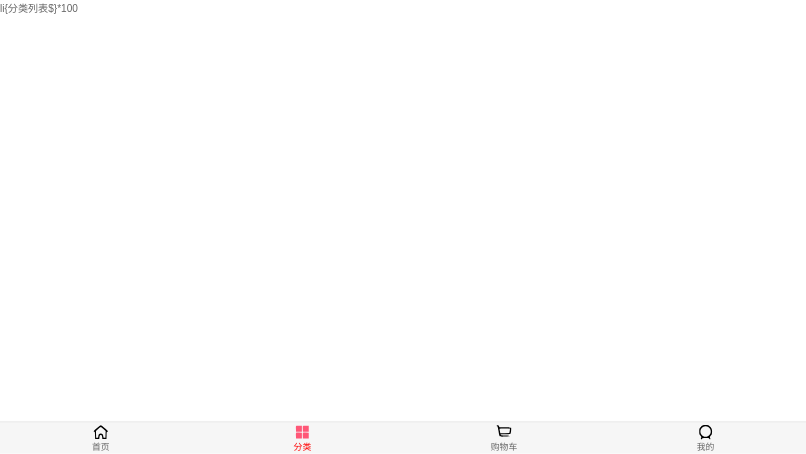
Repository: pumbaaWen/testmall
Page: /category
An editor plug-in stored every save of this project. The page is shown before and after the next save, followed by the edit.
The browser window is 1280 px wide. The pictures show the whole page, at 63% of full size.
The project was rebuilt for these pictures with package versions that can differ from the ones it lists, and the page was loaded fresh each time.

Above is the page before, as saved 2021-10-27 11:03:30.

### public/index.html
<!DOCTYPE html>
<html lang="">
  <head>
    <meta charset="utf-8">
    <meta http-equiv="X-UA-Compatible" content="IE=edge">
    <meta name="viewport" content="width=device-width, initial-scale=1.0, maximum-scale=1.0, user-scalable=0" />
    <link rel="icon" href="<%= BASE_URL %>favicon.ico">
    <title><%= htmlWebpackPlugin.options.title %></title>
  </head>
  <body>
    <noscript>
      <strong>We're sorry but <%= htmlWebpackPlugin.options.title %> doesn't work properly without JavaScript enabled. Please enable it to continue.</strong>
    </noscript>
    <div id="app"></div>
    <!-- built files will be auto injected -->
  </body>
</html>

### src/assets/css/base.css
@import "./normalize.css";

/* :root -> 获取根元素html */
:root{
  --color-text: #666;
  --color-high-text: #ff5777;
  --color-tint: #ff8198;
  --color-background: #fff;
  --font-size: 14px;
  --line-height: 1.5;
}

*,
*::before,
*::after{
  margin: 0;
  padding: 0;
  box-sizing: border-box;
}

body{
  font-family: "Helvetica Neue",Helvetica,"PingFang SC","Hiragino Sans GB",
  "Microsoft YaHei","微软雅黑"，Arial,sans-serif;
  user-select: none; /* 禁止用户鼠标在页面上选中文字、图片等*/
  -webkit-tap-highlight-color: transparent;/*webkit是苹果浏览器引擎， tap点击， highlight背景高亮，
  color颜色，颜色用数值调节*/
  background: var(--color-background);
  color: var(--color-text);
  /* rem vw/vh */
  width: 100vw;
}

a {
  color:var(--color-text);
  text-decoration: none;
}

.clear-fix::after {
  clear: both;
  content: '';
  display: block;
  width: 0;
  height: 0;
  visibility: hidden;
}

.clear-fix {
  zoom: 1;
}

.left {
  float: left;
}

.right {
  float: right;
}

### src/components/content/mainTabBar/MainTabBar.vue
<template>
  <tab-bar>
    <tab-bar-item path="/home" activeColor="red">
      <img slot="item-icon" src="../../../assets/img/tabbar/home.svg">
      <img slot="item-icon-active" src="../../../assets/img/tabbar/home_active.svg">
      <div slot="item-text">首页</div>
    </tab-bar-item>
    <tab-bar-item path="/category" activeColor="red">
      <img slot="item-icon" src="../../../assets/img/tabbar/category.svg">
      <img slot="item-icon-active" src="../../../assets/img/tabbar/category_active.svg">
      <div slot="item-text">分类</div>
    </tab-bar-item>
    <tab-bar-item path="/cart" activeColor="red">
      <img slot="item-icon" src="../../../assets/img/tabbar/shopcart.svg">
      <img slot="item-icon-active" src="../../../assets/img/tabbar/shopcart_active.svg">
      <div slot="item-text">购物车</div>
    </tab-bar-item>
    <tab-bar-item path="/profile" activeColor="red">
      <img slot="item-icon" src="../../../assets/img/tabbar/profile.svg">
      <img slot="item-icon-active" src="../../../assets/img/tabbar/profile_active.svg">
      <div slot="item-text">我的</div>
    </tab-bar-item>
  </tab-bar>
</template>

<script>
import TabBar from '../../common/tabbar/TabBar'
import TabBarItem from '../../common/tabbar/TabBarItem.vue'
export default {
  name: 'MainTabBar',
//部件
  components: {
    TabBar,
    TabBarItem
  },
//静态
  props: {

  },
//对象内部的属性监听，也叫深度监听
  watch: {

  },
//属性的结果会被缓存，除非依赖的响应式属性变化才会重新计算。主要当作属性来使用；
  computed: {

  },
//方法表示一个具体的操作，主要书写业务逻辑；
  methods: {

  },
//请求数据
  created() {

  },
  mounted() {

  }
}
</script>

<style scoped>

</style>

### src/views/category/Category.vue
<template>
  <ul>
    li{分类列表$}*100
  </ul>
</template>

<script>
export default {
  name: "Cotegory",
//部件
  components: {

  },
//静态
  props: {

  },
}
</script>

<style scoped>

</style>

### src/components/common/tabbar/TabBar.vue
<template>
  <div id="tab-bar">
    <slot></slot>
  </div>
</template>

<script>
  export default {
    name: 'tab-bar',
  //部件
    components: {

    },
  //静态
    props: {

    },
  //对象内部的属性监听，也叫深度监听
    watch: {

    },
  //属性的结果会被缓存，除非依赖的响应式属性变化才会重新计算。主要当作属性来使用；
    computed: {

    },
  //方法表示一个具体的操作，主要书写业务逻辑；
    methods: {

    },
  //请求数据
    created() {

    },
    mounted() {

    }
}
</script>

<style scoped>
  #tab-bar {
    display: flex;
    background-color: #f6f6f6;
    position: fixed;
    left: 0px;
    right: 0px;
    bottom: 0px;
    box-shadow: 0 -2px 1px rgba(100,100,100,.1);
  }
</style>

### src/components/common/tabbar/TabBarItem.vue
<template>
    <div class="tab-bar-item" @click="itemClick">
      <div v-if="!isActive"><slot name="item-icon"></slot></div>
      <div v-else><slot name="item-icon-active"></slot></div>
      <div :style="activeStyle"><slot name="item-text"></slot></div>
    </div>
</template>

<script>
export default {
  name: 'TabBarItme',
  data() {
    return {
      // isActive: true
    }
  },
//部件
  components: {

  },
//静态
  props: {
    path: String,
    activeColor:{
      type: String,
      default: 'red'
    }
  },
//对象内部的属性监听，也叫深度监听
  watch: {

  },
//属性的结果会被缓存，除非依赖的响应式属性变化才会重新计算。主要当作属性来使用；
  computed: {
    isActive() {
      return this.$route.path.indexOf(this.path) !== -1
    },
    activeStyle() {
      return this.isActive ? {color: this.activeColor} : {}
    }
  },
//方法表示一个具体的操作，主要书写业务逻辑；
  methods: {
    itemClick() {
      this.$router.replace(this.path)
    },
  },
//请求数据
  created() {

  },
  mounted() {

  }
}
</script>

<style scoped>
  .tab-bar-item{
    flex: 1;
    text-align: center;
    height: 49px;
    font-size: 14px;
  }
  .tab-bar-item img{
    width: 24px;
    height: 24px;
    margin-top: 3px;
    vertical-align: middle;
  }
  .active{
    color: red;
  }
</style>

Loaded but not shown: src/main.js (common file); src/App.vue (common file); src/router/index.js (common file); src/store/index.js (common file); src/assets/css/normalize.css (library)

After the next save:
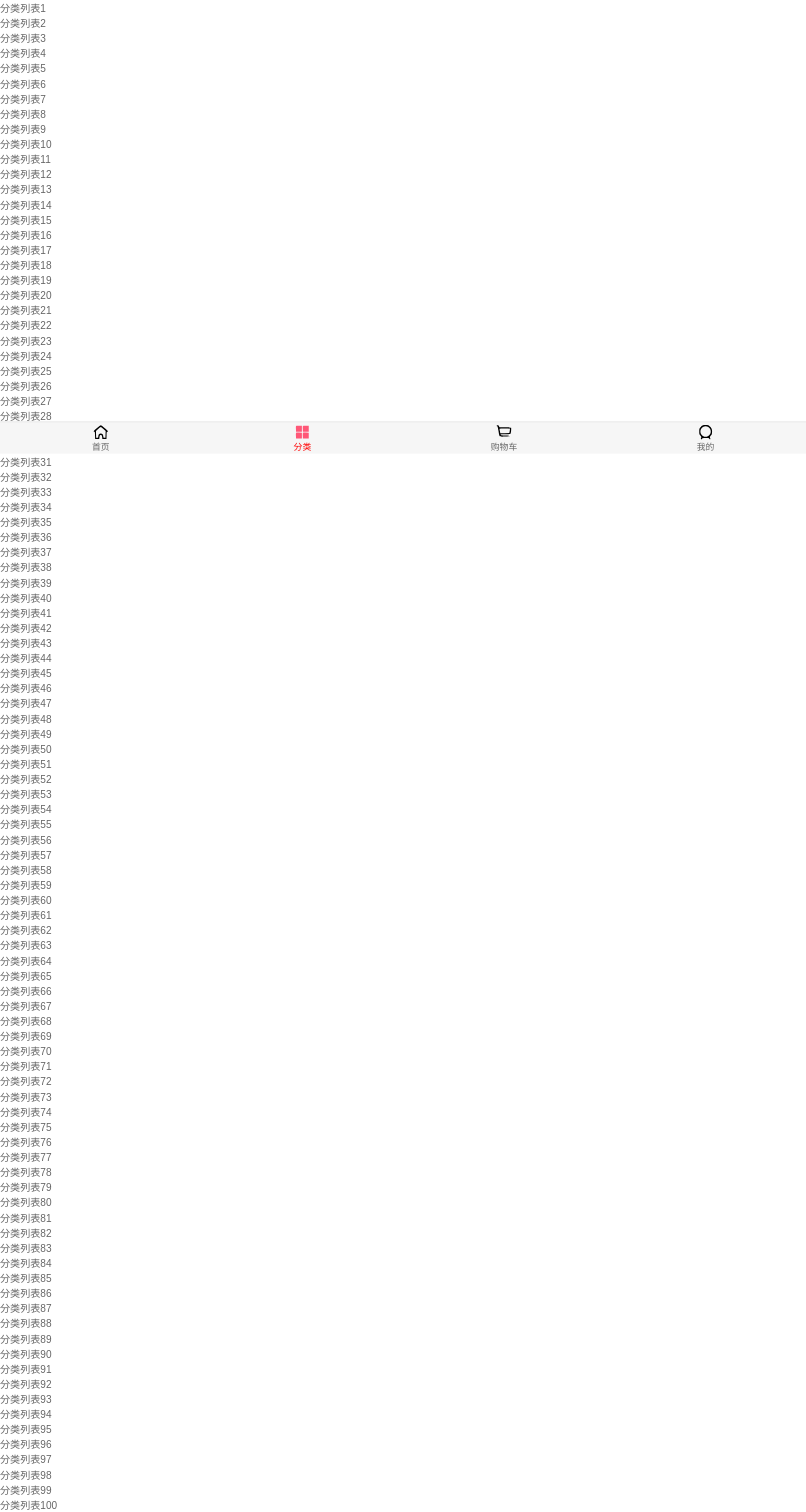
Saved 14 s later.
--- a/src/views/category/Category.vue
+++ b/src/views/category/Category.vue
@@ -1,6 +1,105 @@
 <template>
   <ul>
-    li{分类列表$}*100
+    <li>分类列表1</li>
+    <li>分类列表2</li>
+    <li>分类列表3</li>
+    <li>分类列表4</li>
+    <li>分类列表5</li>
+    <li>分类列表6</li>
+    <li>分类列表7</li>
+    <li>分类列表8</li>
+    <li>分类列表9</li>
+    <li>分类列表10</li>
+    <li>分类列表11</li>
+    <li>分类列表12</li>
+    <li>分类列表13</li>
+    <li>分类列表14</li>
+    <li>分类列表15</li>
+    <li>分类列表16</li>
+    <li>分类列表17</li>
+    <li>分类列表18</li>
+    <li>分类列表19</li>
+    <li>分类列表20</li>
+    <li>分类列表21</li>
+    <li>分类列表22</li>
+    <li>分类列表23</li>
+    <li>分类列表24</li>
+    <li>分类列表25</li>
+    <li>分类列表26</li>
+    <li>分类列表27</li>
+    <li>分类列表28</li>
+    <li>分类列表29</li>
+    <li>分类列表30</li>
+    <li>分类列表31</li>
+    <li>分类列表32</li>
+    <li>分类列表33</li>
+    <li>分类列表34</li>
+    <li>分类列表35</li>
+    <li>分类列表36</li>
+    <li>分类列表37</li>
+    <li>分类列表38</li>
+    <li>分类列表39</li>
+    <li>分类列表40</li>
+    <li>分类列表41</li>
+    <li>分类列表42</li>
+    <li>分类列表43</li>
+    <li>分类列表44</li>
+    <li>分类列表45</li>
+    <li>分类列表46</li>
+    <li>分类列表47</li>
+    <li>分类列表48</li>
+    <li>分类列表49</li>
+    <li>分类列表50</li>
+    <li>分类列表51</li>
+    <li>分类列表52</li>
+    <li>分类列表53</li>
+    <li>分类列表54</li>
+    <li>分类列表55</li>
+    <li>分类列表56</li>
+    <li>分类列表57</li>
+    <li>分类列表58</li>
+    <li>分类列表59</li>
+    <li>分类列表60</li>
+    <li>分类列表61</li>
+    <li>分类列表62</li>
+    <li>分类列表63</li>
+    <li>分类列表64</li>
+    <li>分类列表65</li>
+    <li>分类列表66</li>
+    <li>分类列表67</li>
+    <li>分类列表68</li>
+    <li>分类列表69</li>
+    <li>分类列表70</li>
+    <li>分类列表71</li>
+    <li>分类列表72</li>
+    <li>分类列表73</li>
+    <li>分类列表74</li>
+    <li>分类列表75</li>
+    <li>分类列表76</li>
+    <li>分类列表77</li>
+    <li>分类列表78</li>
+    <li>分类列表79</li>
+    <li>分类列表80</li>
+    <li>分类列表81</li>
+    <li>分类列表82</li>
+    <li>分类列表83</li>
+    <li>分类列表84</li>
+    <li>分类列表85</li>
+    <li>分类列表86</li>
+    <li>分类列表87</li>
+    <li>分类列表88</li>
+    <li>分类列表89</li>
+    <li>分类列表90</li>
+    <li>分类列表91</li>
+    <li>分类列表92</li>
+    <li>分类列表93</li>
+    <li>分类列表94</li>
+    <li>分类列表95</li>
+    <li>分类列表96</li>
+    <li>分类列表97</li>
+    <li>分类列表98</li>
+    <li>分类列表99</li>
+    <li>分类列表100</li>
   </ul>
 </template>
 
